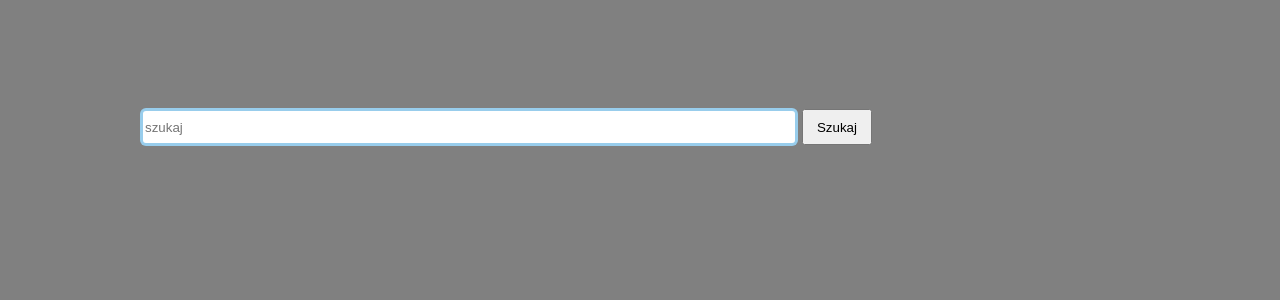
Repository: kq333/wyszukiarka-filmowa
Page: index.html
These files come from the project's save history. The page is drawn as it stood at one moment and after the next save; the edit follows.
The browser window is 1280 px wide. The pictures show the whole page.
The style sheet was rebuilt from its Sass, Less or Tailwind sources for each picture, by a compiler version that may differ from the author's.

Above is the page before, as saved 2021-01-20 13:53:33.

### index.html
<!DOCTYPE html>
<!--[if lt IE 7]>      <html class="no-js lt-ie9 lt-ie8 lt-ie7"> <![endif]-->
<!--[if IE 7]>         <html class="no-js lt-ie9 lt-ie8"> <![endif]-->
<!--[if IE 8]>         <html class="no-js lt-ie9"> <![endif]-->
<!--[if gt IE 8]>      <html class="no-js"> <!--<![endif]-->
<html>
    <head>
        <meta charset="utf-8">
        <meta http-equiv="X-UA-Compatible" content="IE=edge">
        <title></title>
        <meta name="description" content="">
        <meta name="viewport" content="width=device-width, initial-scale=1">
        <link rel="stylesheet" href="style/style.css">
    </head>


    <body>
        <!--[if lt IE 7]>
            <p class="browsehappy">You are using an <strong>outdated</strong> browser. Please <a href="#">upgrade your browser</a> to improve your experience.</p>
        <![endif]-->

        <main>
            <div id="container">
                    <div class="searchBar">
                        <input id="search" type="text" placeholder="szukaj" onfocus="this.value=''">
                        <button id="btn">Szukaj</button>
                    </div>

                        <div class="movieTitle"></div>

                            <div class="mainContent">
                                <div class="leftSide">
                                    <div class="poster"></div>
                                </div>

                                    <div class="rightSide">
                                        <div class="director">
                                            <span class="NameD"></span>
                                            <span class="DirectorName"></span>
                                        </div>
                                            <div class="Actors">
                                                <span class="NameA"></span>
                                                <span class="ActorsName"></span>
                                            </div>
                                                <div class="Country">
                                                    <span class="NameC"></span>
                                                    <span class="CountryName"></span>
                                                </div>
                                                    <div class="Year">
                                                        <span class="NameY"></span>
                                                        <span class="YearName"></span>
                                                    </div>
                                                        <div class="Genre">
                                                            <span class="NameG"></span>
                                                            <span class="GenreName"></span>
                                                        </div>
                                                            <div class="Plot">
                                                                <span class="NameP"></span>
                                                                <span class="PlotName"></span>
                                                            </div>
                                    </div>
                            </div>
            </div>

            <footer>
                <div class="description"></div>
            </footer>
        </main>

        <script src="script.js" async>

        </script>
    </body>
</html>

### script.js


const btn = document.getElementById("btn");



btn.addEventListener('click', ()=>{

 document.querySelector(".poster").innerHTML ="";


 const search = document.getElementById("search").value;

 const url =   'http://www.omdbapi.com/?apikey=7bd5b2c8&t=';

//   const url = 'http://api.tvmaze.com/search/shows?q=';


  const result  = url + search;
  fetch(result)

  .then((res)=>{
      return res.json();
  })
  .then((data)=>{
     document.querySelector(".movieTitle").innerHTML = data.Title;
     document.querySelector(".NameD").innerHTML = "Reżyser:";
     document.querySelector(".DirectorName").innerHTML = data.Director;

     document.querySelector(".NameA").innerHTML = "Występują:";
     document.querySelector(".ActorsName").innerHTML = data.Actors;

     document.querySelector(".NameC").innerHTML = "Kraj:";
     document.querySelector(".CountryName").innerHTML = data.Country;

     document.querySelector(".NameY").innerHTML = "Rok:";
     document.querySelector(".YearName").innerHTML = data.Released;

     document.querySelector(".NameG").innerHTML = "Rok:";
     document.querySelector(".GenreName").innerHTML = data.Genre;

     document.querySelector(".NameP").innerHTML = "Opis:";
     document.querySelector(".PlotName").innerHTML = data.Plot;

      console.log(data)
      console.log(data.Actors)
      console.log(data.Poster)
      let poster = data.Poster

      imageCreate = () =>{
          const elem = document.createElement("img")
          document.querySelector(".poster").appendChild(elem);
          elem.src = poster;
      }
      imageCreate();



  })
})

### style/style.scss
body{
    background-color: grey;
}

@mixin NameProperty{
    text-transform: uppercase;
    font-size: 20px;
    font-weight: bold;
    letter-spacing: 2px;

}

@mixin rightSideProperty{
    text-transform: uppercase;
    font-size: 20px;


}








#container{
    width:1000px;
    height: auto;
    margin:auto;
    display:grid;
    grid-template-columns: auto;
    grid-template-areas:"searchBar"
                        "movieTitle"

                        ;





.searchBar{
    grid-area:searchBar;
    margin:auto;
    margin-top:100px;
    width:1000px;

    #search{
        width: 90vh;
        height: 30px;
        border-radius: 6px;
        border:3px solid rgba(84, 172, 223, 0.6);
    }

    #btn{
        width: 70px;
        height: 36px;
    }


}

.movieTitle{
    grid-area: movieTitle;
    margin:auto;
    margin-top:50px;
    font-size: 60px;
    letter-spacing: 4px;
    text-transform: uppercase;
}


.mainContent{
    width:1000px;
    margin:auto;
    display:grid;
    gap:10px;
    grid-template-columns: 40% 60%;
    grid-template-areas:"leftSide rightSide" ;


    .leftSide{
        grid-area:leftSide;

        .poster{
            width:490px;
            height: auto;
            margin-left: 20px;

        }

    }


    .rightSide{

        grid-area:rightSide;


        .director{
            height: 16,66%;
            width: auto;

            .NameD{

                @include NameProperty;

            }

            .DirectorName{
                @include rightSideProperty;


            }
        }

        .Actors{
            height: 16,66%;
            width: auto;

            .NameA{

                @include NameProperty;

            }

            .ActorsName{
                @include rightSideProperty;


            }
        }

        .Country{
            height: 16,66%;
            width: auto;

            .NameC{

                @include NameProperty;

            }

            .CountryName{
                @include rightSideProperty;


            }
        }

        .Year{
            height: 16,66%;
            width: auto;

            .NameY{

                @include NameProperty;

            }

            .YearName{
                @include rightSideProperty;


            }
        }

        .Genre{
            height: 16,66%;
            width: auto;

            .NameG{

                @include NameProperty;

            }

            .GenreName{
                @include rightSideProperty;


            }
        }

        .Plot{
            height: 16,66%;
            width: auto;

            .NameP{

                @include NameProperty;

            }

            .PlotName{
                @include rightSideProperty;


            }
        }






    }






}









}

After the next save:
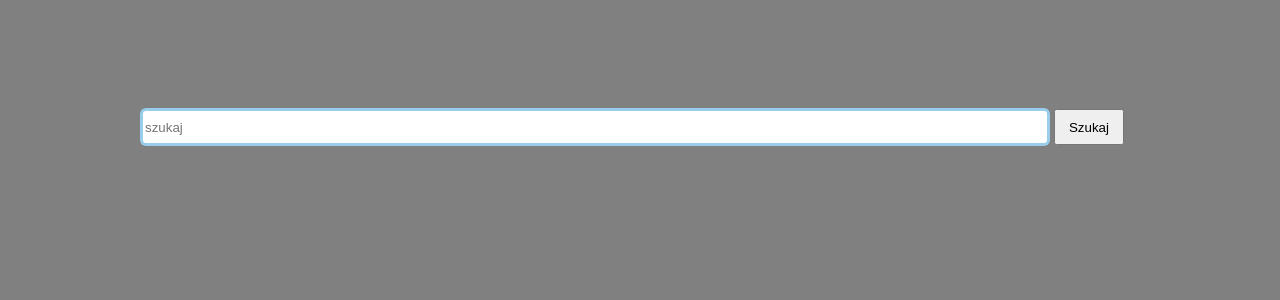
Saved 11 s later.
--- a/style/style.scss
+++ b/style/style.scss
@@ -46,7 +46,7 @@ body{
     width:1000px;
 
     #search{
-        width: 90vh;
+        width: 90%;
         height: 30px;
         border-radius: 6px;
         border:3px solid rgba(84, 172, 223, 0.6);
